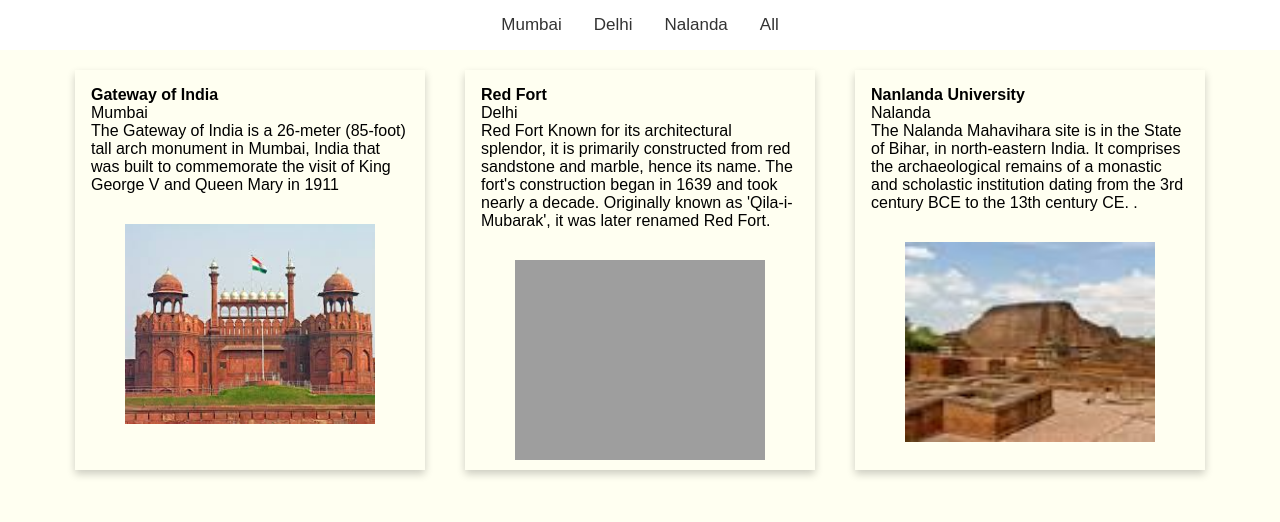
Repository: Muskan1Kumari4draw/React-app-with-concept
Page: /
These files come from the project's save history. The page is drawn as it stood at one moment and after the next save; the edit follows.
The browser window is 1280 px wide. The pictures show the whole page.
Pictures or frames that could not be fetched are drawn as grey boxes. The project was rebuilt for these pictures with package versions that can differ from the ones it lists, and the page was loaded fresh each time.

Above is the page before, as saved 2024-10-02 11:15:27.

After the next save:
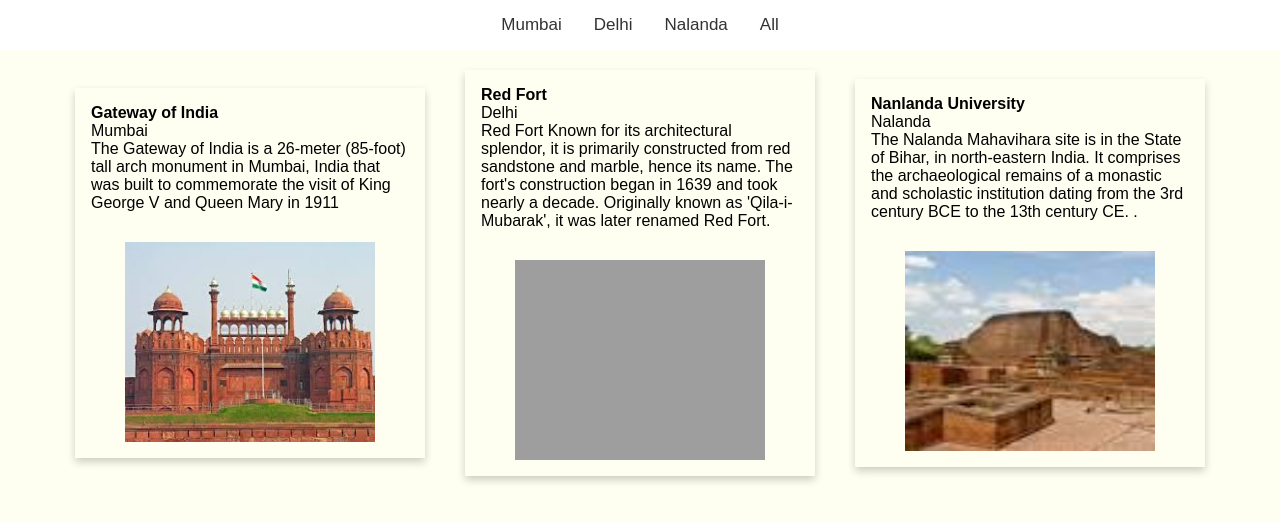
Saved 17 s later.
--- a/src/component/Basic/style.css
+++ b/src/component/Basic/style.css
@@ -174,7 +174,7 @@ body {
   box-shadow: 0 4px 8px 0 rgba(0, 0, 0, 0.2);
   transition: 0.3s;
   width: 350px;
-  height: 400px;
+  height: auto;
   margin: 20px;
 }
 
